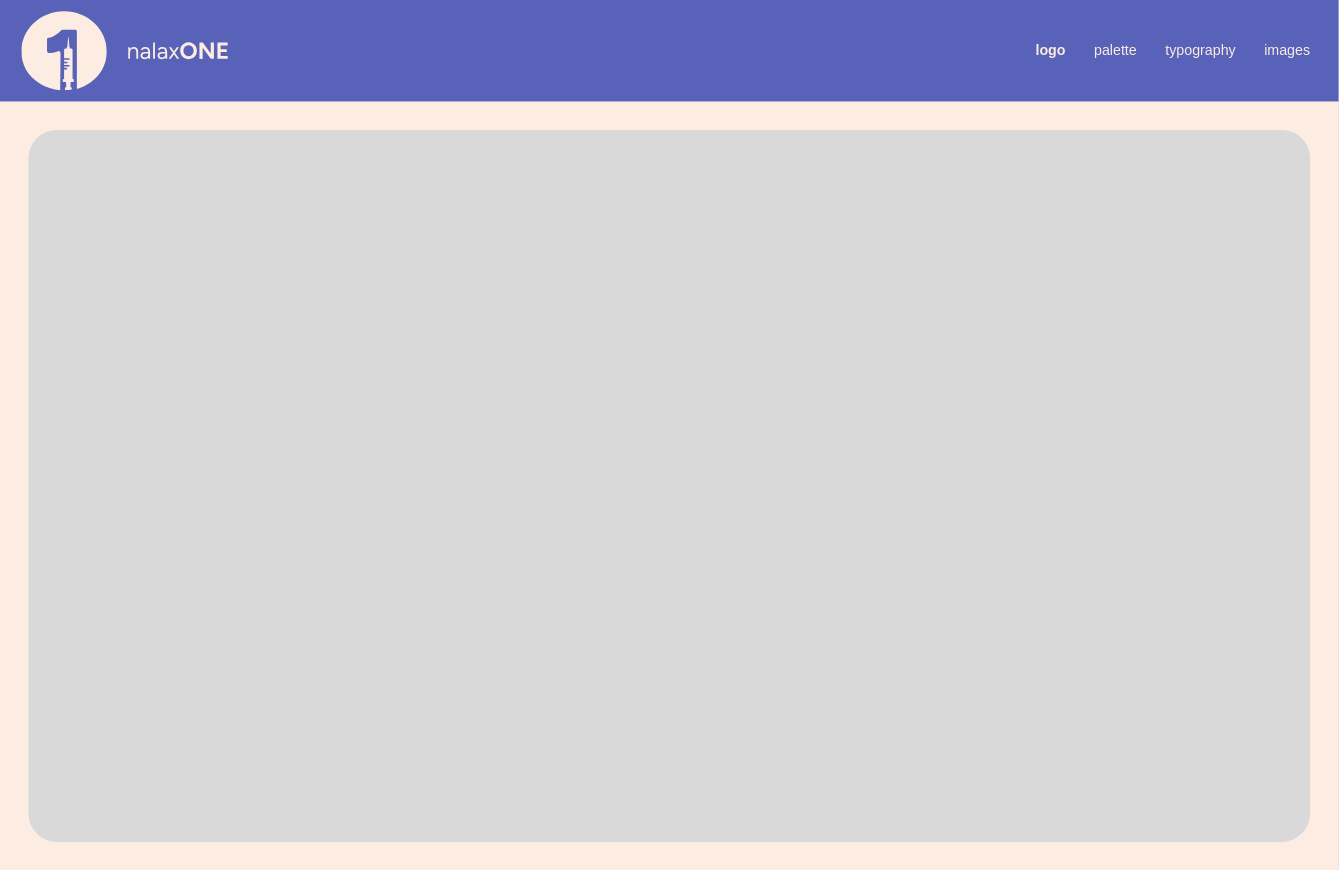
Repository: carolinalxu/design2styleguide
Page: pages/index.html
An editor plug-in stored every save of this project. The page is shown before and after the next save, followed by the edit.
The browser window is 1280 px wide. The page is 1504 px wide, then 1280 px, so the pictures cover 1504 px, including what lies to the right of the window. The pictures show the whole page, at 89% of full size.

Above is the page before, as saved 2023-03-11 20:27:25.

After the next save:
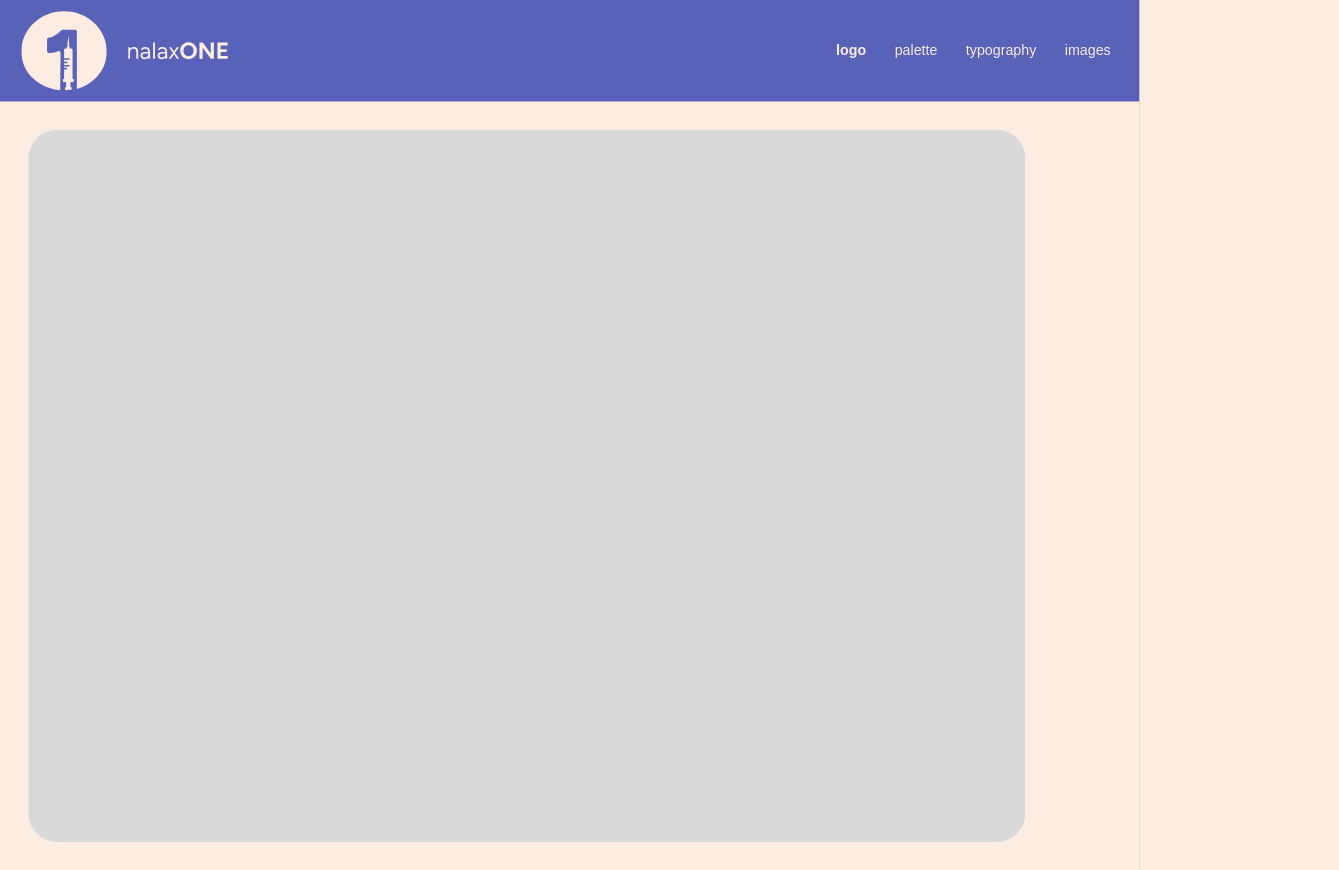
Saved 5 s later.
--- a/styles/home.styles.css
+++ b/styles/home.styles.css
@@ -85,7 +85,7 @@
     flex-wrap: wrap;
     margin: 2rem;
     background-color: var(--light-blue);
-    width: 90rem;
+    width: 70rem;
     height: 50rem;
     border-radius: 2rem;
 }
